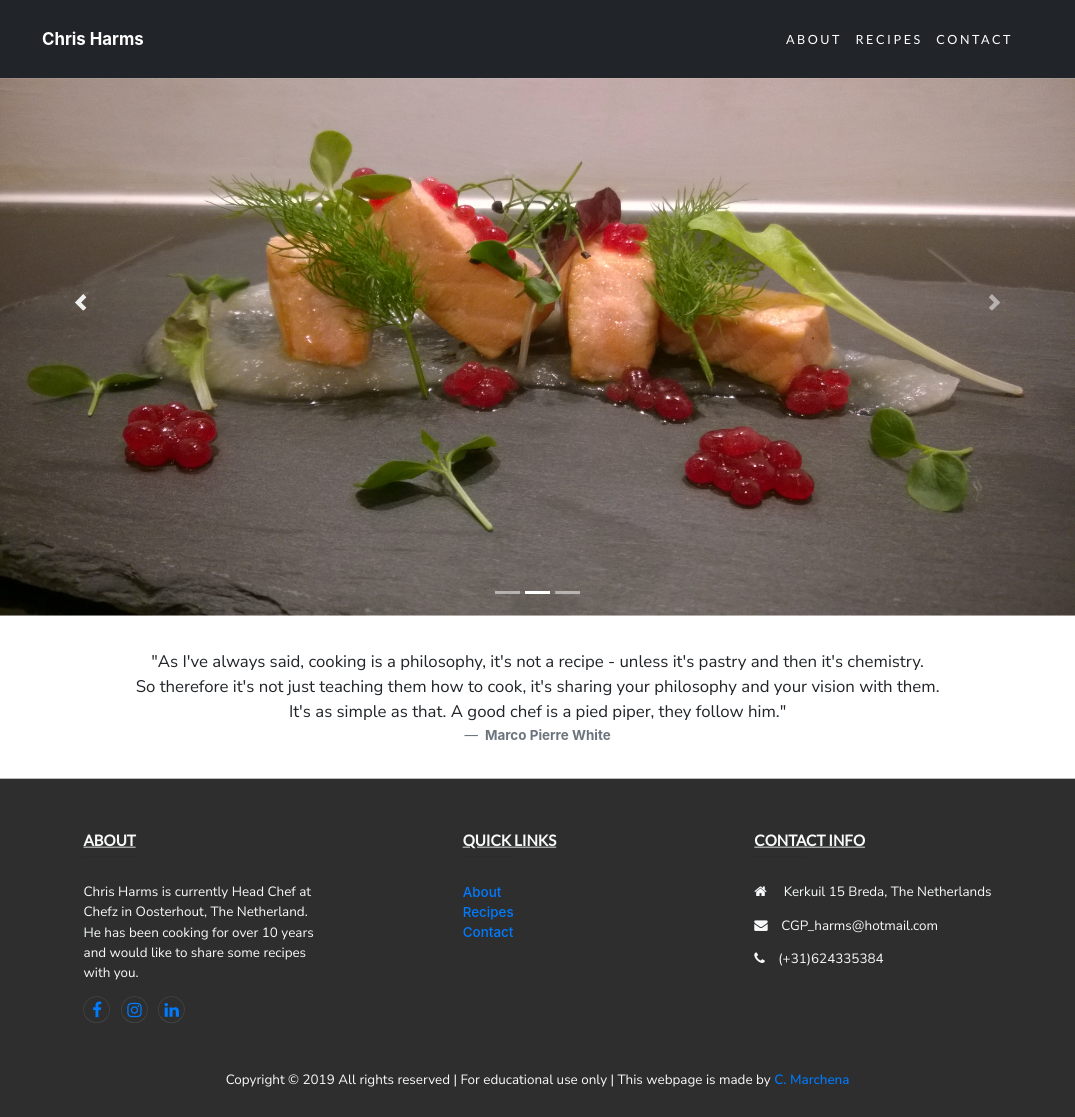
Repository: dugudugu/chris-harms-web
Page: index.html
The author's editor kept a record of every edit. The page is drawn from the files as they stood at one moment, then again after the next edit.
The browser window is 1280 px wide. The pictures show the whole page, at 84% of full size.
Some web fonts or font styles are not loaded; a fallback is used.

Above is the page before.

After the next edit:
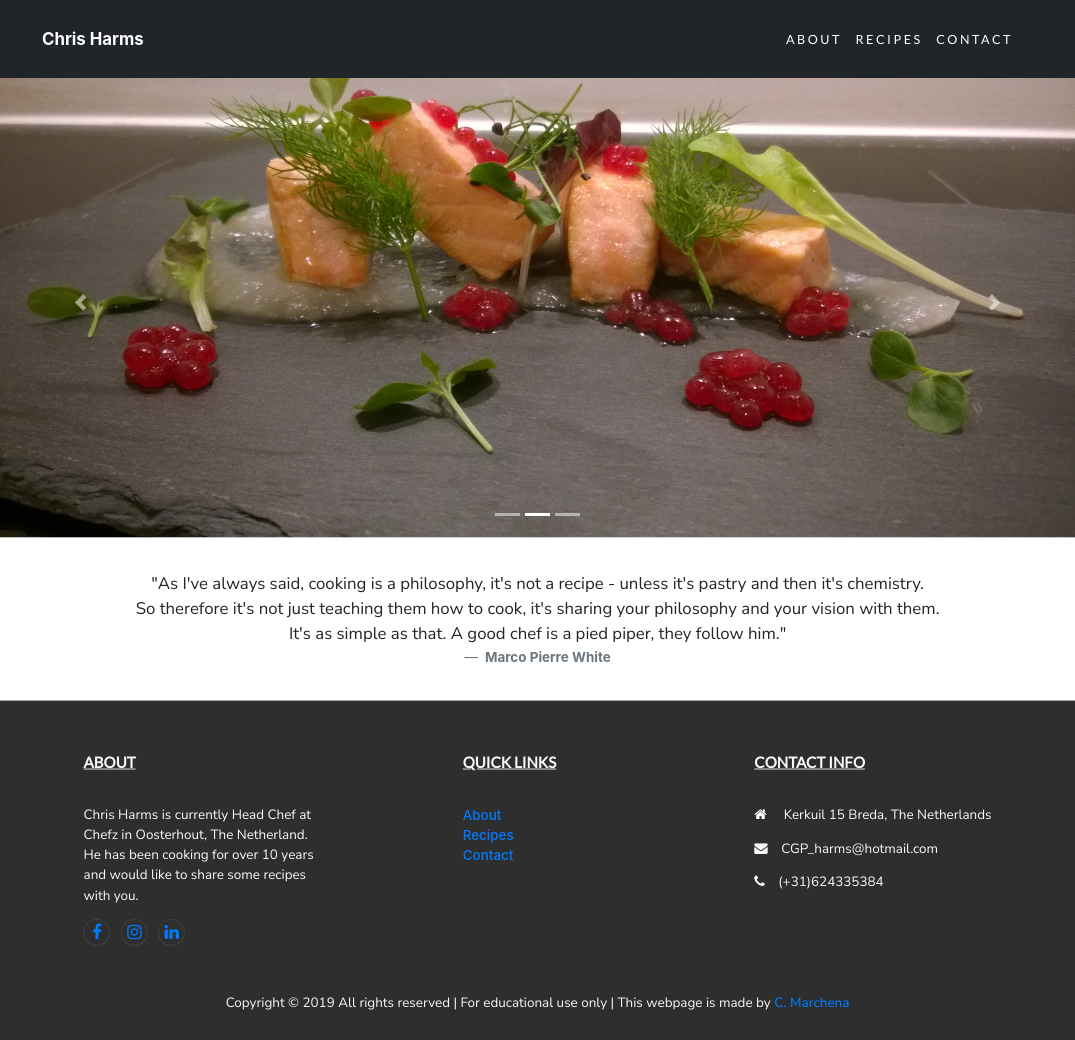
The edit:
--- a/index.html
+++ b/index.html
@@ -19,7 +19,7 @@
 
     <!-- Navbar -->
 
-    <nav class="navbar navbar-expand-lg navbar-dark">
+    <nav class="navbar fixed-top navbar-expand-lg navbar-dark">
       <a class="navbar-brand" href="index.html"><strong>Chris Harms</strong></a>
 
       <button class="navbar-toggler" type="button" data-toggle="collapse" data-target="#navbarSupportedContent" aria-controls="navbarSupportedContent" aria-expanded="false" aria-label="Toggle navigation">
